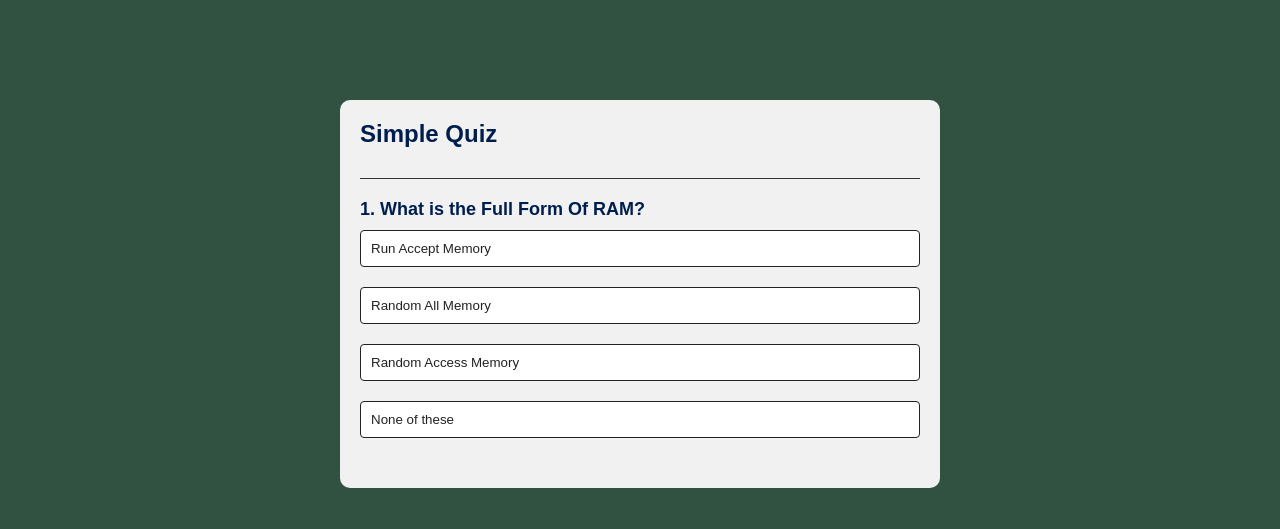
Repository: VickyJacob23/Quiz-App
Page: index.html
The author's editor kept a copy of each file at every save. The page is drawn from the files as they stood at one save, then again after the next save.
The browser window is 1280 px wide. The pictures show the whole page.

Above is the page before, as saved 2024-08-05 18:16:46.

After the next save:
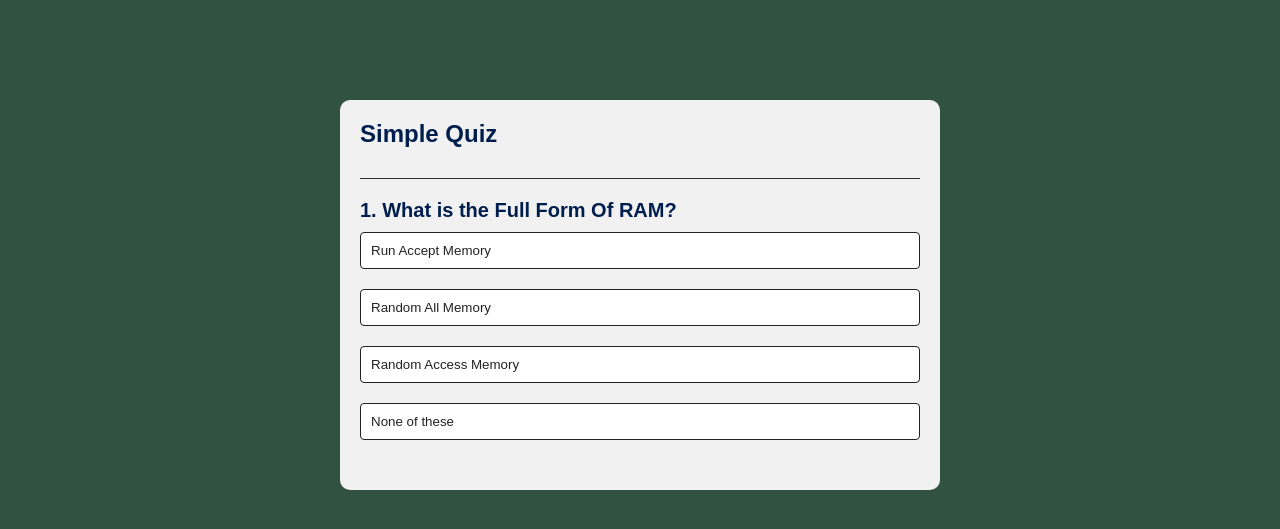
Saved 25 s later.
--- a/styles.css
+++ b/styles.css
@@ -28,7 +28,7 @@ body{
     padding: 20px 0;
 }
 .quiz h2{
-    font-size: 18px;
+    font-size: 20px;
     font-weight: 600;
     color: #001e4d;
 }
